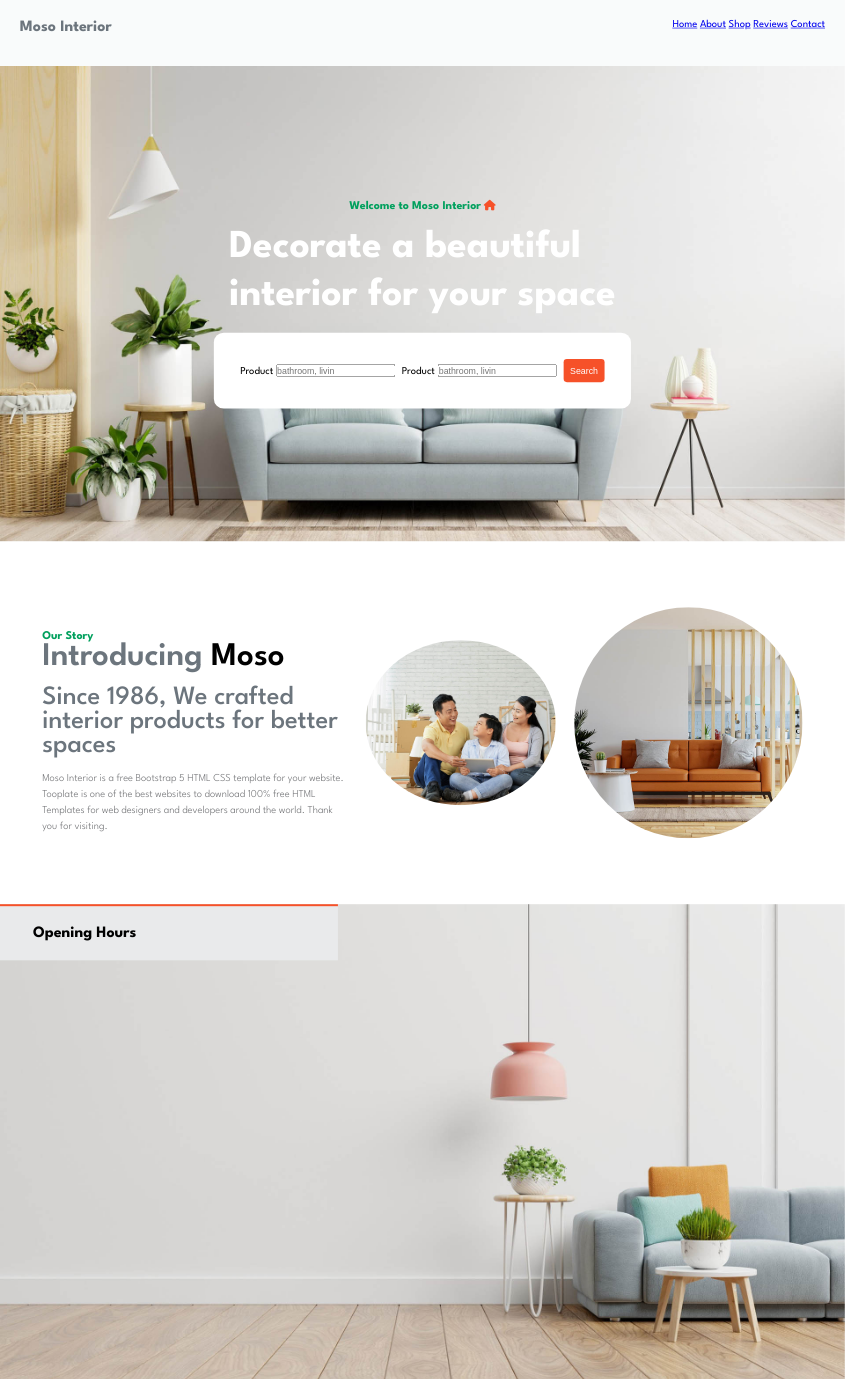
Repository: mariamnabil23/furniture
Page: index.html
An editor plug-in stored every save of this project. The page is shown before and after a run of saves, followed by the edit.
The browser window is 1280 px wide. The pictures show the whole page, at 66% of full size.
Some web fonts or font styles are not loaded; a fallback is used.

Above is the page before, as saved 2024-10-30 16:47:50.

### index.html
<!DOCTYPE html>
<html lang="en">

<head>
    <meta charset="UTF-8">
    <meta name="viewport" content="width=device-width, initial-scale=1.0">
    <title>Furnture</title>

    <!-- font awesome -->
    <link rel="stylesheet" href="https://cdnjs.cloudflare.com/ajax/libs/font-awesome/6.0.0-beta3/css/all.min.css">

    <!-- google font -->
    <link rel="preconnect" href="https://fonts.googleapis.com">
    <link rel="preconnect" href="https://fonts.gstatic.com" crossorigin>
    <link
        href="https://fonts.googleapis.com/css2?family=Anton&family=DM+Sans:ital,opsz,wght@0,9..40,100..1000;1,9..40,100..1000&family=Inter:wght@100..900&family=Karla:ital,wght@0,200..800;1,200..800&family=League+Spartan:wght@100..900&family=Montserrat:ital,wght@0,100..900;1,100..900&family=Nunito:ital,wght@0,200..1000;1,200..1000&family=Playwrite+GB+S:ital,wght@0,100..400;1,100..400&family=Saira+Semi+Condensed:wght@100;200;300;400;500;600;700;800;900&family=Sorts+Mill+Goudy:ital@0;1&family=Tajawal:wght@200;300;400;500;700;800;900&family=Work+Sans:ital,wght@0,100..900;1,100..900&family=Yellowtail&family=Zen+Dots&display=swap"
        rel="stylesheet">


    <link rel="stylesheet" href="style.css">
</head>

<body>
    <div class="container">
        <div class="navbar">
            <div class="left">
                <h2>Moso Interior</h2>
            </div>
            <div class="right">
                <ul>
                    <li><a href="#">Home</a></li>
                    <li><a href="#">About</a></li>
                    <li><a href="#">Shop</a></li>
                    <li><a href="#">Reviews</a></li>
                    <li><a href="#">Contact</a></li>
                </ul>
            </div>
        </div>

        <!-- home section -->
        <section class="home">
            <div class="content">
                <div class="top">
                    <h5>Welcome to Moso Interior</h5>
                    <i class="fas fa-home"></i>
                </div>
                <div class="middle">
                    <h1>Decorate a beautiful <br> interior for your space</h1>
                </div>
                <div class="bottom">
                    <div class="l">
                        <label>Product</label>
                        <input placeholder="bathroom, livin">
                    </div>
                    <div class="r">
                        <label>Product</label>
                        <input placeholder="bathroom, livin">
                    </div>
                    <div class="btn">
                        <button>Search</button>
                    </div>
                    <div class="down"><i class="fas fa-arrow"></i></div>
                </div>
            </div>
        </section>

        <!-- about section -->
        <section class="about">
            <div class="content">
                <div class="left">
                    <h5>Our Story</h5>
                    <h1>Introducing <span>Moso</span></h1>
                    <h2>Since 1986, We crafted <br> interior products for better <br> spaces</h2>
                    <p>Moso Interior is a free Bootstrap 5 HTML CSS template for your website. Tooplate is one of the
                        best websites to download 100% free HTML Templates for web designers and developers around the
                        world. Thank you for visiting.</p>
                </div>
                <div class="middle">
                    <img src="/images/about1.jpg">
                </div>
                <div class="right">
                    <img src="/images/about2.jpg">
                </div>
            </div>
        </section>

        <!-- open section -->
        <section class="open">
            <div class="content">
                <h1>Opening Hours</h1>
                <div class="box">
                    <div class="hours">

                    </div>
                </div>
            </div>
        </section>
    </div>
</body>

</html>

### style.css
@import url('https://fonts.googleapis.com/css2?family=Anton&family=DM+Sans:ital,opsz,wght@0,9..40,100..1000;1,9..40,100..1000&family=Inter:wght@100..900&family=Karla:ital,wght@0,200..800;1,200..800&family=League+Spartan:wght@100..900&family=Montserrat:ital,wght@0,100..900;1,100..900&family=Nunito:ital,wght@0,200..1000;1,200..1000&family=Playwrite+GB+S:ital,wght@0,100..400;1,100..400&family=Saira+Semi+Condensed:wght@100;200;300;400;500;600;700;800;900&family=Sorts+Mill+Goudy:ital@0;1&family=Tajawal:wght@200;300;400;500;700;800;900&family=Work+Sans:ital,wght@0,100..900;1,100..900&family=Yellowtail&family=Zen+Dots&display=swap');


*{
    box-sizing: border-box;
    padding: 0;
    margin: 0;
}
body{
    font-family: "League Spartan", sans-serif;
}
ul{
    list-style: none;
}

.navbar{
    width: 100%;
    height: 100px;
    background-color: rgb(249, 251, 251);
    padding: 30px;
}
.navbar .left{
    float: left;
    display: inline;
}
.navbar .right{
    float: right;
    display: inline;
}
.navbar .right ul li{
    display: inline;
}


/* home */
.home{
    width: 100%;
    height: 100vh;
    background-image: url("/images/home-bg-1.jpg");
    background-size: cover;
    display: flex;
    flex-direction: column;
    align-items: center;
    justify-content: center;
    align-items: center;
}
.home .content{
    display: flex;
    flex-direction: column;
    align-items: center;
    justify-content: center;
    align-items: center;
}
.home .top h5{
    display: inline;
    color: #00a05d;
    font-size: 18px;
}
.home .top i{
    color: #f65129;
}
.home .middle h1{
    color: white;
    font-size: 60px;
    margin: 20px 0;
    line-height: 1.2;
}
.home .bottom {
    background: white;
    border-radius: 15px;
    padding: 40px;
    display: flex;
}
.home .bottom .l,
.home .bottom .r{
    margin: auto;
}
.home .bottom .r,
.home .bottom .btn{
    padding-left: 10px;
}
.home .bottom button{
    background: #f65129;
    padding: 10px;
    color: white;
    border: none;
    border-radius: 5px;
}


/* about */

.about{

}
.about .content{
    display: flex;
    justify-content: space-between;
    align-items: center;
    width: 90%;
    margin: 100px auto;
}
.about .left{
    width: 40%;
    height: 280px;
}
.about .left h5{
    color: #00a05d;
    font-size: 18px;
}
.about .middle{
    width: 25%;
    height: 250px;
}
.about .middle img{
    width: 100%;
    height: 100%;
    object-fit: cover;
    border-radius: 100%;
}
.about .right{
    width: 30%;
    height: 350px;
}
.about .right img{
    width: 100%;
    height: 100%;
    object-fit: cover;
    border-radius: 100%;
}
.about .left h1, h2{
    color: #6c757d;
}
.about .left h1{
    font-size: 50px;
    font-weight: 600;
}
.about .left h2{
    font-size: 40px;
    font-weight: 500;
    margin: 20px 0;

}
.about .left span{
    color: black;
}
.about .left p{
    color: #717275;
    font-size: 16px;
    font-weight: 300;
    line-height: 1.5;
}

/* open */
.open{
    width: 100%;
    height: 100vh;
    background-image: url('/images/open-bg.jpg');
    background-size: cover;

}
.open .content{
    background-color: #e9eaeb;
    border-top: 3px solid #f65129;
    width: 40%;
    padding: 30px 50px;
}
.open h1{

}
.open .box .hours{
    display: inline;
}

After the next 2 saves:
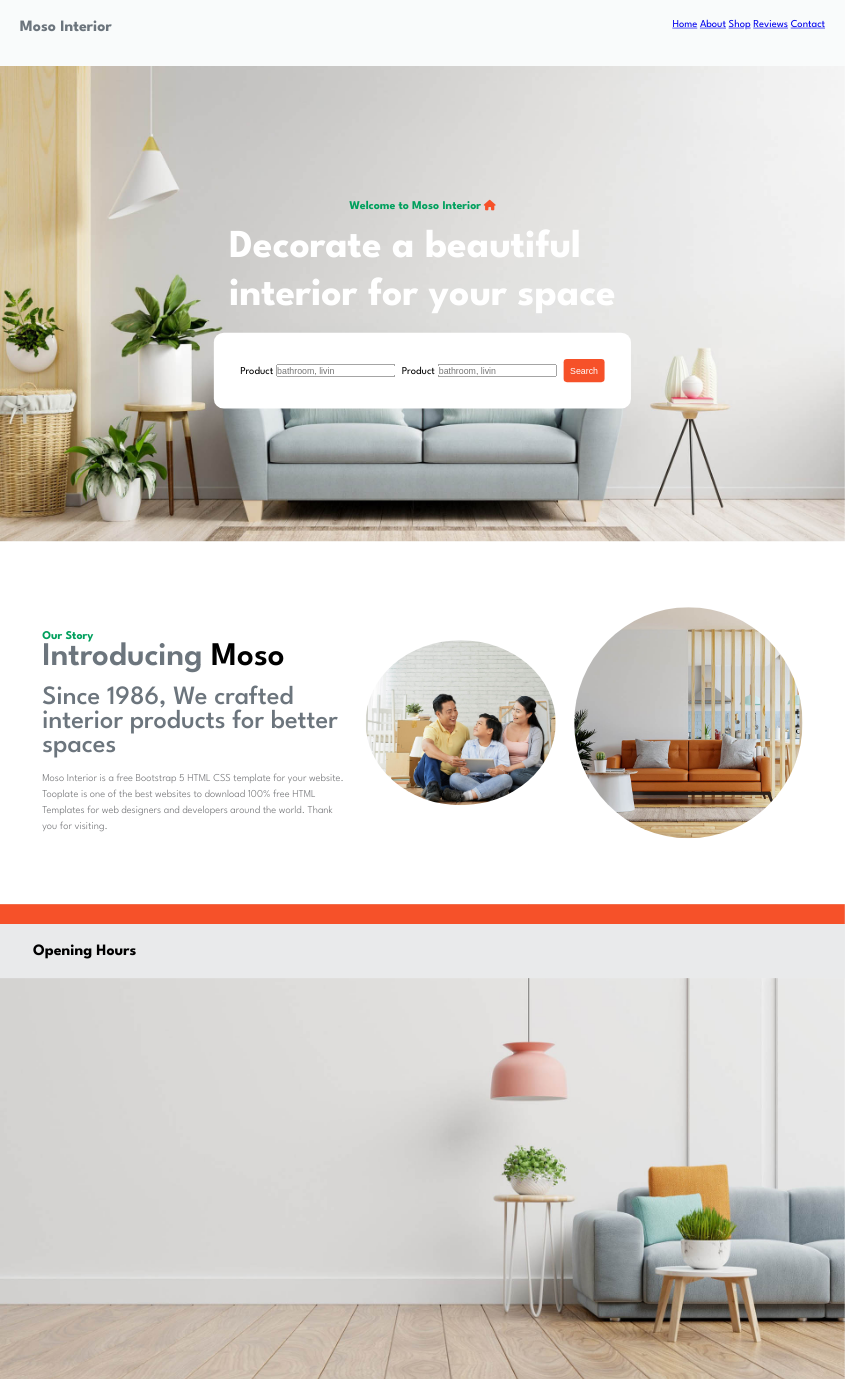
The 2 saves are shown as one change because they came seconds apart.
The last was saved 36 s later.
--- a/style.css
+++ b/style.css
@@ -161,7 +161,8 @@ ul{
 }
 .open .content{
     background-color: #e9eaeb;
-    border-top: 3px solid #f65129;
+    border-top: 30px solid #f65129;
+    bor
     width: 40%;
     padding: 30px 50px;
 }
